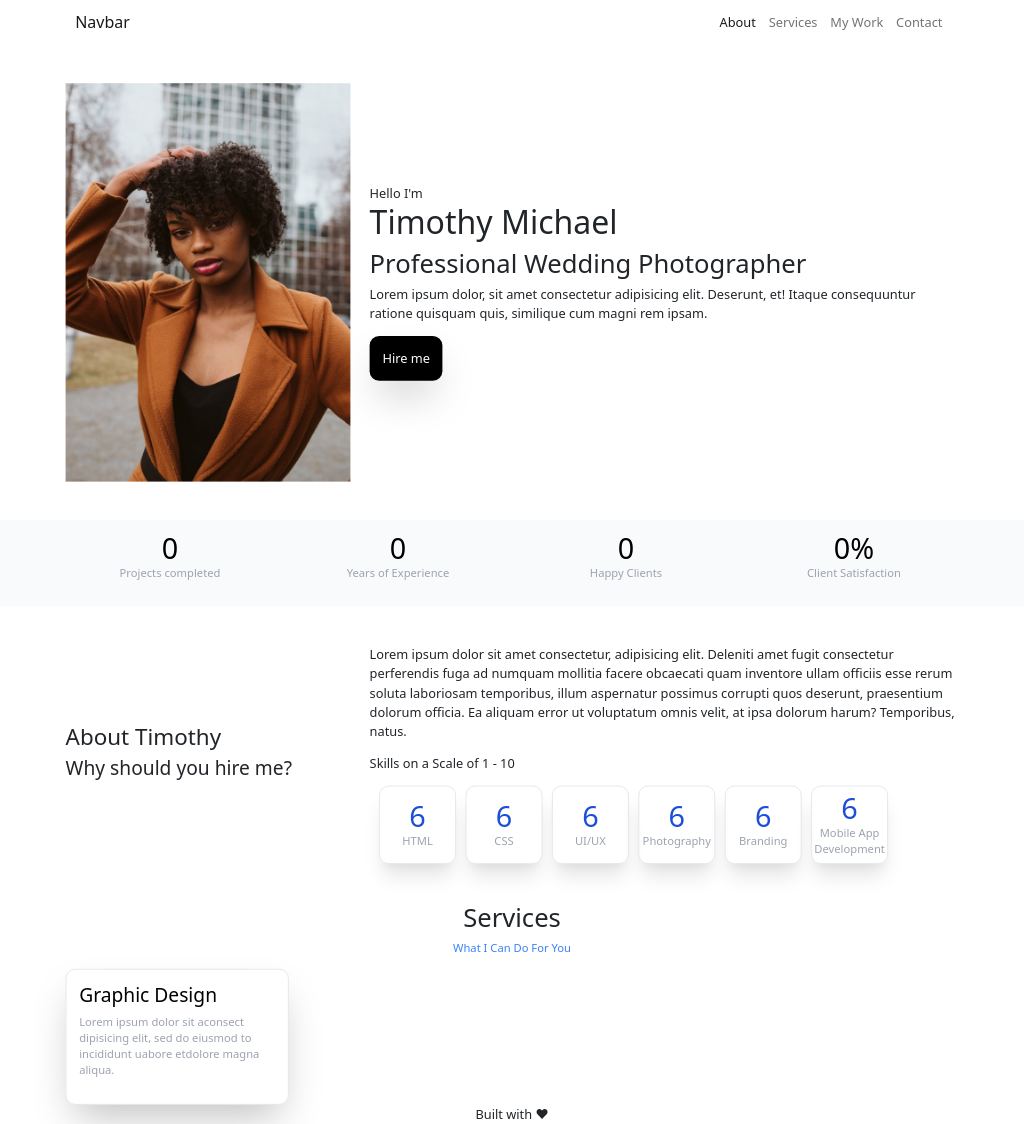
Repository: latenightsnacc/giggles
Page: HTML/freelancer.html
The author's editor kept a copy of each file at every save. The page is drawn from the files as they stood at one save, then again after the next save.
The browser window is 1280 px wide. The pictures show the whole page, at 80% of full size.
Some web libraries are served in a nearby version.

Above is the page before, as saved 2021-01-03 15:39:29.

After the next save:
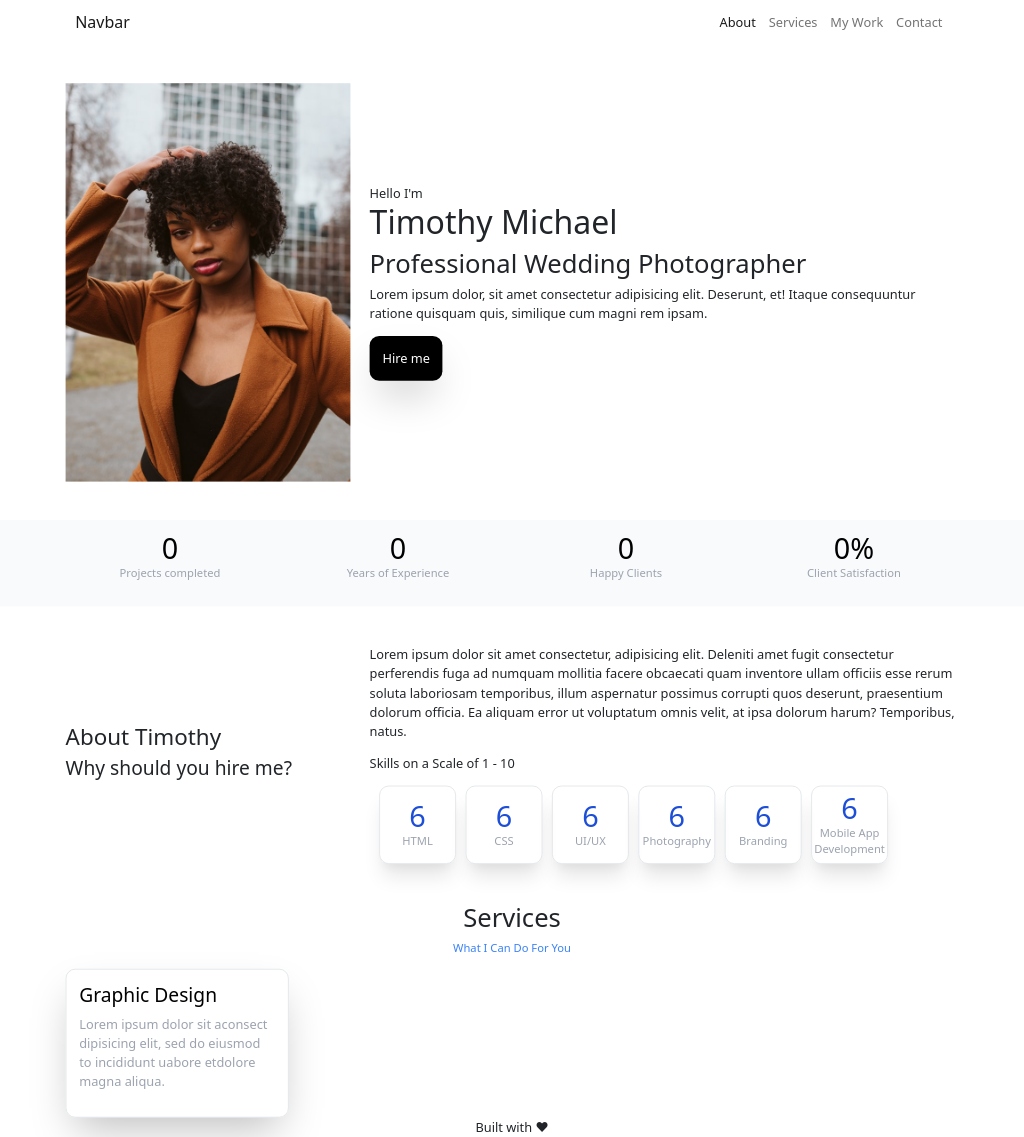
Saved 7 s later.
--- a/HTML/freelancer.html
+++ b/HTML/freelancer.html
@@ -139,7 +139,7 @@
             <div class="d-flex flex-wrap">
                 <div class="col-3 shadow-2xl border border-gray-100 rounded-xl p-3">
                     <div class="service-title text-2xl bold text-black pb-2">Graphic Design</div>
-                    <p class="text-sm text-gray-400">Lorem ipsum dolor sit aconsect dipisicing elit, sed do eiusmod to incididunt uabore etdolore magna aliqua.</p>
+                    <p class="text-md text-gray-400">Lorem ipsum dolor sit aconsect dipisicing elit, sed do eiusmod to incididunt uabore etdolore magna aliqua.</p>
                 </div>
             </div>
 
